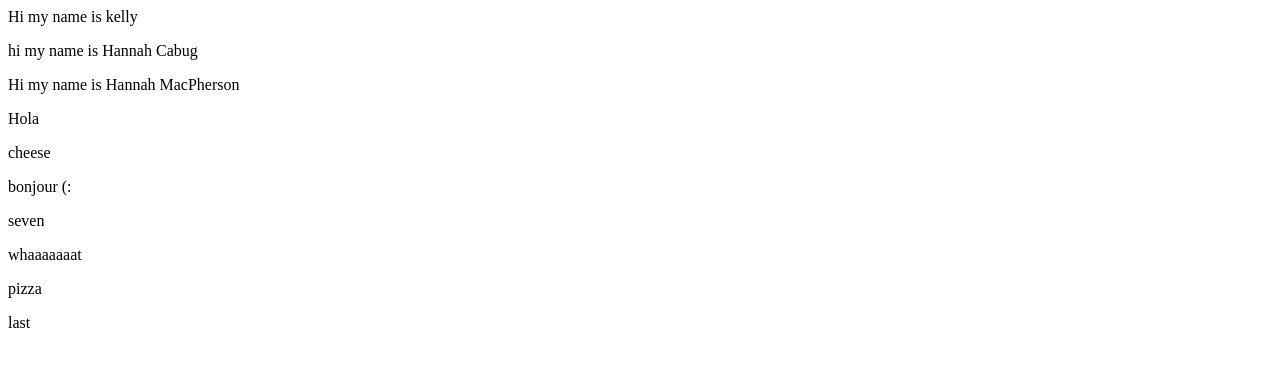
Repository: KellyMenzul/lab-4
Page: index.html
The author's editor kept a copy of each file at every save. The page is drawn from the files as they stood at one save, then again after a run of saves.
The browser window is 1280 px wide. The pictures show the whole page.

Above is the page before, as saved 2021-04-07 17:50:26.

### index.html
<html>
    <head>
        <title>Lab 4</title>

        <script>
            var a = new XMLHttpRequest()
            var b = new XMLHttpRequest()
            var c = new XMLHttpRequest()
            var d = new XMLHttpRequest()
            var e = new XMLHttpRequest()
            var f = new XMLHttpRequest()
            var g = new XMLHttpRequest()
            var h = new XMLHttpRequest()
            var i = new XMLHttpRequest()
            var j = new XMLHttpRequest()

            a.open("GET", "1.txt", true)
            b.open("GET", "2.txt", true)
            c.open("GET", "3.txt", true)
            d.open("GET", "4.txt", true)
            e.open("GET", "5.txt", true)
            f.open("GET", "6.txt", true)
            g.open("GET", "7.txt", true)
            h.open("GET", "8.txt", true)
            i.open("GET", "9.txt", true)
            j.open("GET", "10.txt", true)

            a.onreadystatechange=processData
            b.onreadystatechange=processData
            c.onreadystatechange=processData
            d.onreadystatechange=processData
            e.onreadystatechange=processData
            f.onreadystatechange=processData
            g.onreadystatechange=processData
            h.onreadystatechange=processData
            i.onreadystatechange=processData
            j.onreadystatechange=processData

            a.send(null)
            b.send(null)
            c.send(null)
            d.send(null)
            e.send(null)
            f.send(null)
            g.send(null)
            h.send(null)
            i.send(null)
            j.send(null)

            function processData()
            {
                if(a.readyState == 4 && b.readyState == 4 && c.readyState == 4 && d.readyState == 4 && e.readyState == 4 && f.readyState == 4 && g.readyState == 4 && h.readyState == 4 && i.readyState == 4 && j.readyState == 4)
                {

                    setTimeout(function(){

                    })
                    var p1 = document.createElement("p")
                    p1.innerHTML = a.responseText
                    document.body.appendChild(p1)

                    var p2 = document.createElement("p")
                    p2.innerHTML = b.responseText
                    document.body.appendChild(p2)

                    var p3 = document.createElement("p")
                    p3.innerHTML = c.responseText
                    document.body.appendChild(p3)

                    var p4 = document.createElement("p")
                    p4.innerHTML = d.responseText
                    document.body.appendChild(p4)

                    var p5 = document.createElement("p")
                    p5.innerHTML = e.responseText
                    document.body.appendChild(p5)

                    var p6 = document.createElement("p")
                    p6.innerHTML = f.responseText
                    document.body.appendChild(p6)

                    var p7 = document.createElement("p")
                    p7.innerHTML = g.responseText
                    document.body.appendChild(p7)

                    var p8 = document.createElement("p")
                    p8.innerHTML = h.responseText
                    document.body.appendChild(p8)

                    var p9 = document.createElement("p")
                    p9.innerHTML = i.responseText
                    document.body.appendChild(p9)

                    var p10 = document.createElement("p")
                    p10.innerHTML = j.responseText
                    document.body.appendChild(p10)
                }
            }
        </script>
    </head>
    <body>
    </body>
</html>

After the next 2 saves:
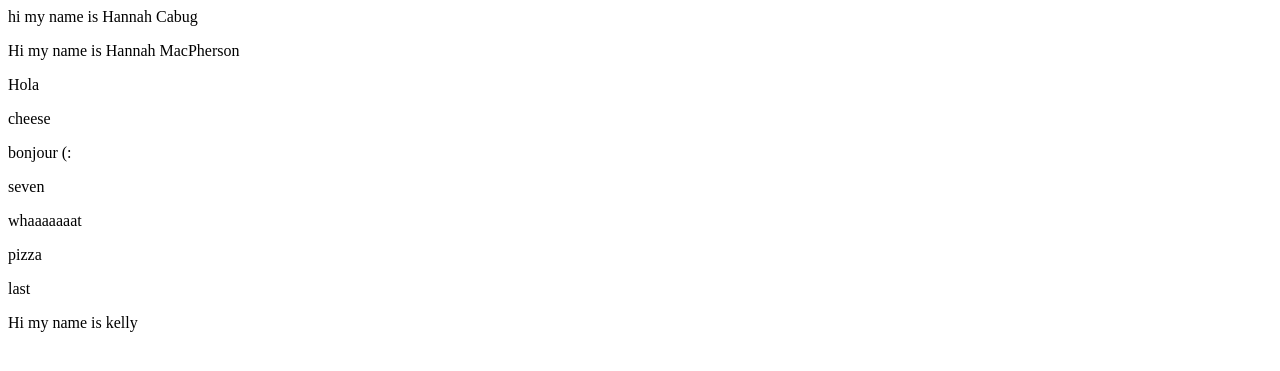
The 2 saves are shown as one change because they came seconds apart.
The last was saved 9 s later.
--- a/index.html
+++ b/index.html
@@ -53,11 +53,10 @@
                 {
 
                     setTimeout(function(){
-
+                        var p1 = document.createElement("p")
+                        p1.innerHTML = a.responseText
+                        document.body.appendChild(p1)
                     })
-                    var p1 = document.createElement("p")
-                    p1.innerHTML = a.responseText
-                    document.body.appendChild(p1)
 
                     var p2 = document.createElement("p")
                     p2.innerHTML = b.responseText
